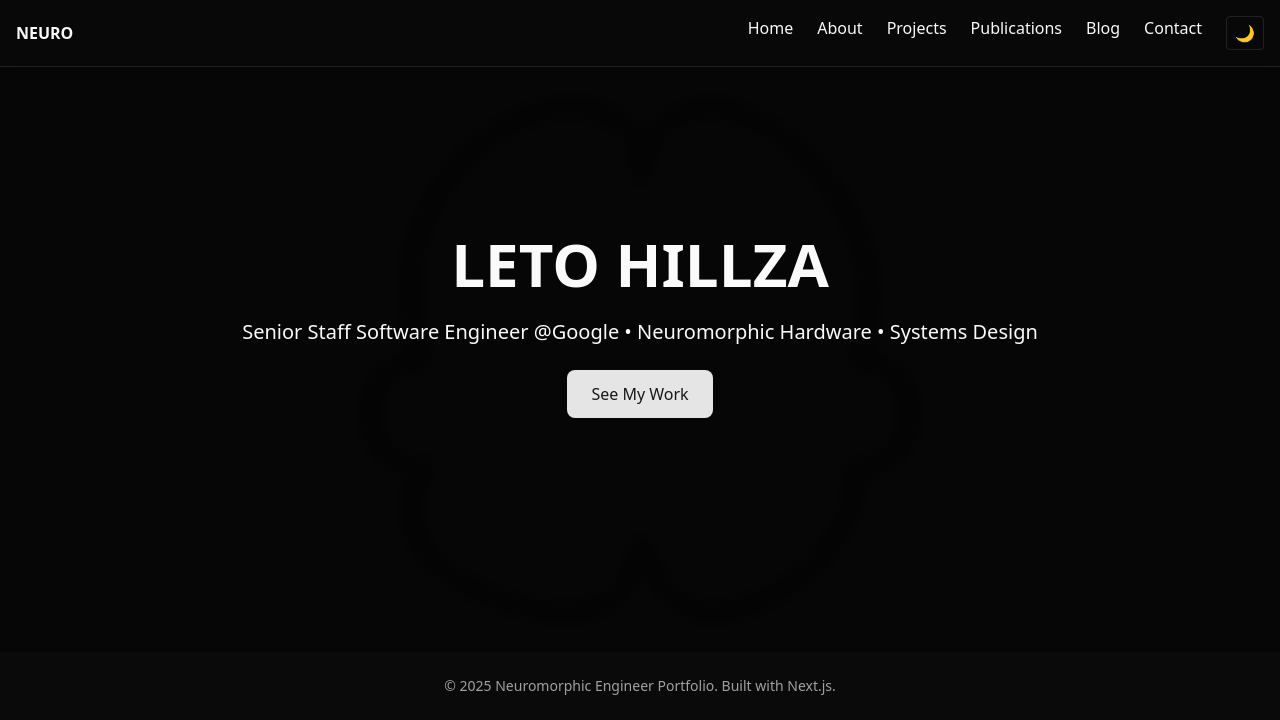
Repository: thecodingcult/portfolio
Page: /
These files come from the project's save history. The page is drawn as it stood at one moment and after the next save; the edit follows.
The browser window is 1280 px wide. The pictures show the whole page.
The project was rebuilt for these pictures with package versions that can differ from the ones it lists, and the page was loaded fresh each time. The framework's server and built-in components were replaced by stand-ins that run in the browser. Also part of the build but not shown: next.config.ts.

Above is the page before, as saved 2025-07-18 12:10:10.

### src/app/layout.tsx
import type { Metadata } from "next";
import Providers from "@/components/Providers";
import "./globals.css";

export const metadata: Metadata = {
  title: "Create Next App",
  description: "Generated by create next app",
};

export default function RootLayout({
  children,
}: Readonly<{
  children: React.ReactNode;
}>) {
  return (
    <html lang="en" suppressHydrationWarning>
      <body className="antialiased">
        <Providers>{children}</Providers>
      </body>
    </html>
  );
}

### src/app/page.tsx
import BrainToChipAnimation from '@/components/BrainToChipAnimation'
import Footer from '@/components/Footer'
import Link from 'next/link'
import Navbar from '@/components/Navbar'

export default function Home() {
  return (
    <div className="relative flex flex-col min-h-screen">
      <BrainToChipAnimation />
      <Navbar />
      <main className="flex-1 flex flex-col items-center justify-center text-center px-4 gap-6 backdrop-blur-sm bg-black/60 dark:bg-black/40">
        <h1 className="text-4xl md:text-6xl font-bold">LETO HILLZA</h1>
        <p className="text-lg md:text-xl">Senior Staff Software Engineer @Google • Neuromorphic Hardware • Systems Design</p>
        <Link href="/projects" className="px-6 py-3 bg-primary text-primary-foreground rounded-md">See My Work</Link>
      </main>
      <Footer />
    </div>
  )
}

### src/components/Providers.tsx
'use client'

import { ThemeProvider } from 'next-themes'
import { AnimatePresence, motion } from 'framer-motion'
import { usePathname } from 'next/navigation'
import CommandPalette from './CommandPalette'

export default function Providers({ children }: { children: React.ReactNode }) {
  const pathname = usePathname()
  return (
    <ThemeProvider attribute="class" defaultTheme="dark" enableSystem>
      <CommandPalette />
      <AnimatePresence mode="wait">
        <motion.div
          key={pathname}
          initial={{ opacity: 0, y: 10 }}
          animate={{ opacity: 1, y: 0 }}
          exit={{ opacity: 0, y: -10 }}
          transition={{ duration: 0.3 }}
        >
          {children}
        </motion.div>
      </AnimatePresence>
    </ThemeProvider>
  )
}

### src/components/BrainToChipAnimation.tsx
'use client'

import Image from 'next/image'
import { motion, useCycle } from 'framer-motion'
import { useEffect } from 'react'

export default function BrainToChipAnimation() {
  const [brain, toggle] = useCycle(true, false)

  useEffect(() => {
    const id = setInterval(() => toggle(), 8000)
    return () => clearInterval(id)
  }, [toggle])

  return (
    <div className="absolute inset-0 -z-10 overflow-hidden">
      <motion.div
        className="absolute inset-0 flex items-center justify-center"
        animate={{ opacity: brain ? 1 : 0 }}
        transition={{ duration: 2 }}
      >
        <Image src="/assets/brain.svg" alt="brain" fill className="object-contain opacity-30" />
      </motion.div>
      <motion.div
        className="absolute inset-0 flex items-center justify-center"
        animate={{ opacity: brain ? 0 : 1 }}
        transition={{ duration: 2 }}
      >
        <Image src="/assets/chip.svg" alt="chip" fill className="object-contain opacity-30" />
      </motion.div>
    </div>
  )
}

### src/components/Footer.tsx
export default function Footer() {
  return (
    <footer className="py-6 text-center text-sm text-muted-foreground">
      <p>
        © {new Date().getFullYear()} Neuromorphic Engineer Portfolio. Built with Next.js.
      </p>
    </footer>
  )
}

### src/components/Navbar.tsx
'use client'

import Link from 'next/link'
import { useState } from 'react'
import ThemeToggle from './ThemeToggle'

const links = [
  { href: '/', label: 'Home' },
  { href: '/about', label: 'About' },
  { href: '/projects', label: 'Projects' },
  { href: '/publications', label: 'Publications' },
  { href: '/blog', label: 'Blog' },
  { href: '/contact', label: 'Contact' },
]

export default function Navbar() {
  const [open, setOpen] = useState(false)

  return (
    <header className="fixed top-0 left-0 w-full z-20 backdrop-blur-md bg-background/70 border-b">
      <nav className="max-w-7xl mx-auto flex items-center justify-between p-4">
        <Link href="/" className="font-mono font-semibold">NEURO</Link>
        <button
          className="sm:hidden" onClick={() => setOpen(!open)}
          aria-label="Toggle Menu"
        >
          ☰
        </button>
        <ul className={`gap-6 sm:flex ${open ? 'block mt-4' : 'hidden'} sm:mt-0`}>
          {links.map((l) => (
            <li key={l.href}>
              <Link href={l.href} className="hover:underline" onClick={() => setOpen(false)}>
                {l.label}
              </Link>
            </li>
          ))}
          <li>
            <ThemeToggle />
          </li>
        </ul>
      </nav>
    </header>
  )
}

### src/components/CommandPalette.tsx
'use client'

import { Command } from 'cmdk'
import { useRouter } from 'next/navigation'
import { useEffect, useState } from 'react'
import { useTheme } from 'next-themes'

const pages = [
  { label: 'Home', href: '/' },
  { label: 'About', href: '/about' },
  { label: 'Projects', href: '/projects' },
  { label: 'Blog', href: '/blog' },
]

export default function CommandPalette() {
  const [open, setOpen] = useState(false)
  const router = useRouter()
  const { theme, setTheme } = useTheme()

  useEffect(() => {
    const down = (e: KeyboardEvent) => {
      if ((e.metaKey || e.ctrlKey) && e.key.toLowerCase() === 'k') {
        e.preventDefault()
        setOpen((o) => !o)
      }
    }
    window.addEventListener('keydown', down)
    return () => window.removeEventListener('keydown', down)
  }, [])

  return (
    <Command.Dialog
      open={open}
      onOpenChange={setOpen}
      label="Command Menu"
      className="fixed inset-0 z-50 flex items-start justify-center pt-20 bg-black/50"
    >
      <div className="bg-background border rounded-md w-80 max-w-md p-4 shadow-lg">
        <Command.Input
          placeholder="Type a command..."
          className="w-full border-b mb-2 px-2 py-1 bg-transparent focus:outline-none"
        />
        <Command.List>
          {pages.map((p) => (
            <Command.Item
              key={p.href}
              onSelect={() => {
                router.push(p.href)
                setOpen(false)
              }}
            >
              {p.label}
            </Command.Item>
          ))}
          <Command.Item
            onSelect={() => {
              setTheme(theme === 'dark' ? 'light' : 'dark')
              setOpen(false)
            }}
          >
            Toggle Theme
          </Command.Item>
        </Command.List>
      </div>
    </Command.Dialog>
  )
}

### src/components/ThemeToggle.tsx
'use client'

import { useTheme } from 'next-themes'
import { useEffect, useState } from 'react'

export default function ThemeToggle() {
  const { theme, setTheme } = useTheme()
  const [mounted, setMounted] = useState(false)
  useEffect(() => setMounted(true), [])

  if (!mounted) return null

  return (
    <button
      onClick={() => setTheme(theme === 'dark' ? 'light' : 'dark')}
      aria-label="Toggle Dark Mode"
      className="px-2 py-1 rounded border"
    >
      {theme === 'dark' ? '🌙' : '☀️'}
    </button>
  )
}

Loaded but not shown: src/app/globals.css (common file)

After the next save:
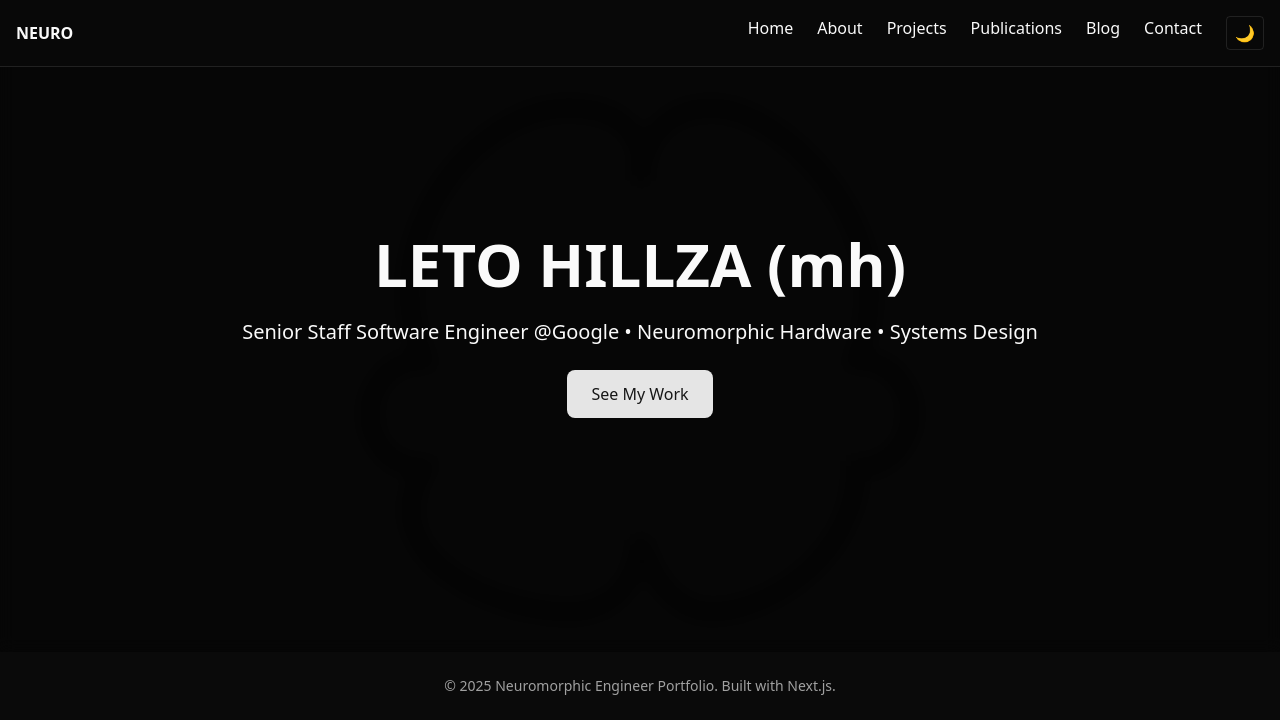
Saved 10 s later.
--- a/src/app/page.tsx
+++ b/src/app/page.tsx
@@ -9,7 +9,7 @@
       <BrainToChipAnimation />
       <Navbar />
       <main className="flex-1 flex flex-col items-center justify-center text-center px-4 gap-6 backdrop-blur-sm bg-black/60 dark:bg-black/40">
-        <h1 className="text-4xl md:text-6xl font-bold">LETO HILLZA</h1>
+        <h1 className="text-4xl md:text-6xl font-bold">LETO HILLZA (mh)</h1>
         <p className="text-lg md:text-xl">Senior Staff Software Engineer @Google • Neuromorphic Hardware • Systems Design</p>
         <Link href="/projects" className="px-6 py-3 bg-primary text-primary-foreground rounded-md">See My Work</Link>
       </main>
